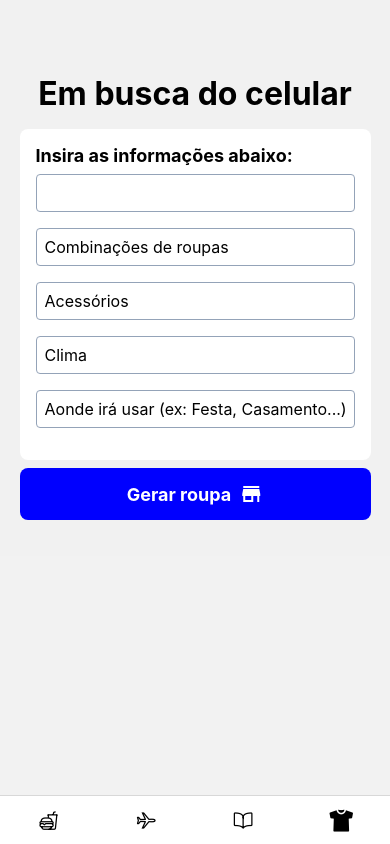
Repository: Matheus904-12/routes
Screen: /Roupas (app in roteamento/)
An editor plug-in stored every save of this project. The screen is shown before and after the next save, followed by the edit.
The app was drawn by React Native's web renderer in a window 390 px wide. The project was rebuilt for these pictures with package versions that can differ from the ones it lists, and the page was loaded fresh each time. Also part of the build but not shown: roteamento/pages/viagem.js, roteamento/pages/filmes.js.

Above is the screen before, as saved 2024-05-01 17:55:39.

After the next save:
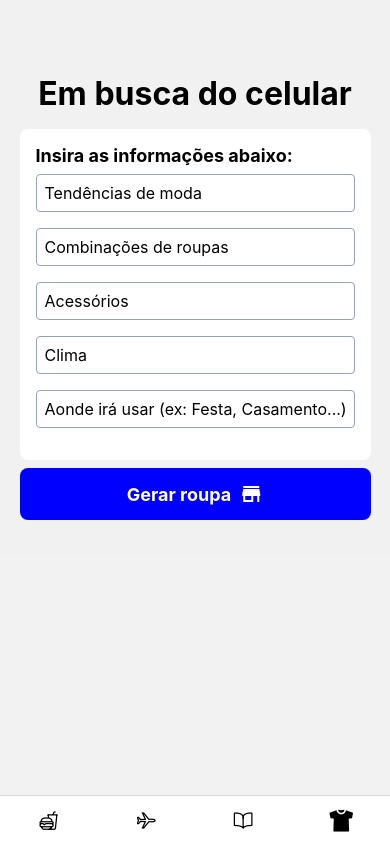
Saved 4 s later.
--- a/roteamento/pages/roupas.js
+++ b/roteamento/pages/roupas.js
@@ -67,7 +67,7 @@ export function Roupas() {
       <View style={ESTILOS.form}>
         <Text style={ESTILOS.label}>Insira as informações abaixo:</Text>
         <TextInput
-          placeholder=""
+          placeholder="Tendências de moda"
           style={ESTILOS.input}
           value={ingr1}
           onChangeText={(texto) => defIngr1(texto)}
